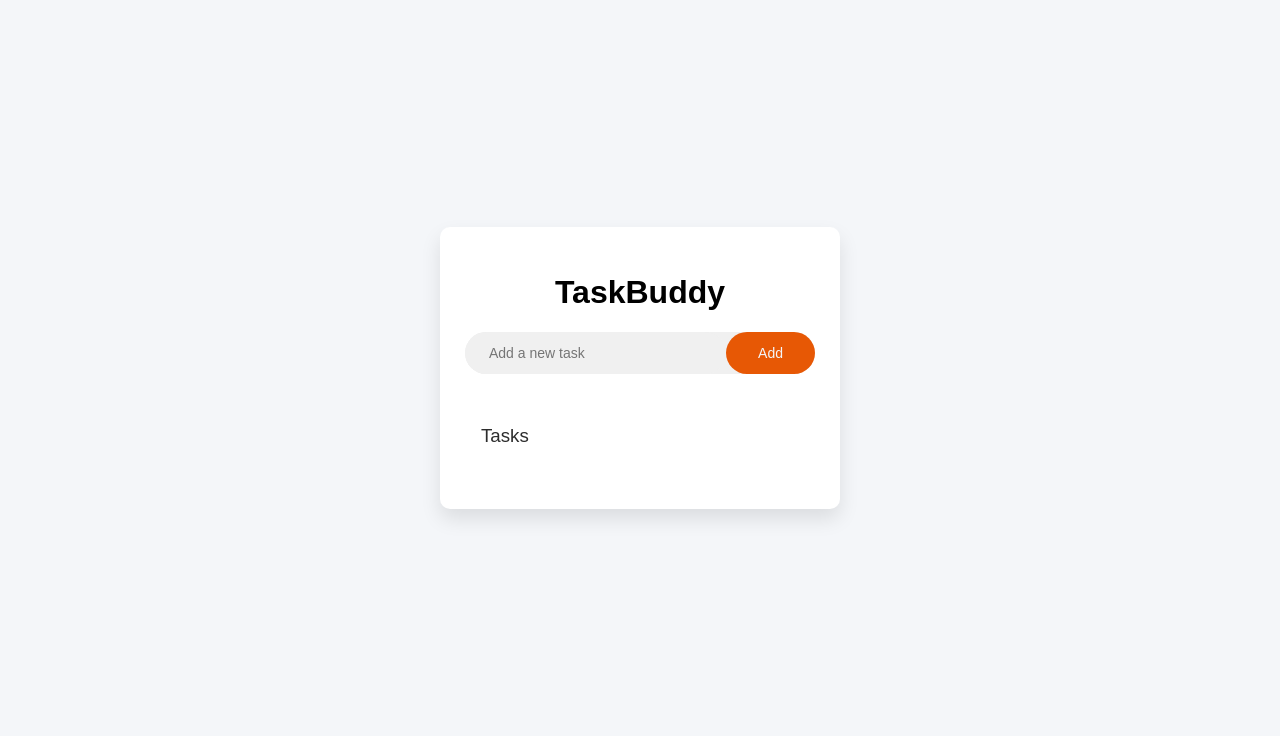
Repository: yogeshnandwani/taskbuddy-todo
Page: index.html
An editor plug-in stored every save of this project. The page is shown before and after the next save, followed by the edit.
The browser window is 1280 px wide. The pictures show the whole page.

Above is the page before, as saved 2026-03-16 19:39:06.

After the next save:
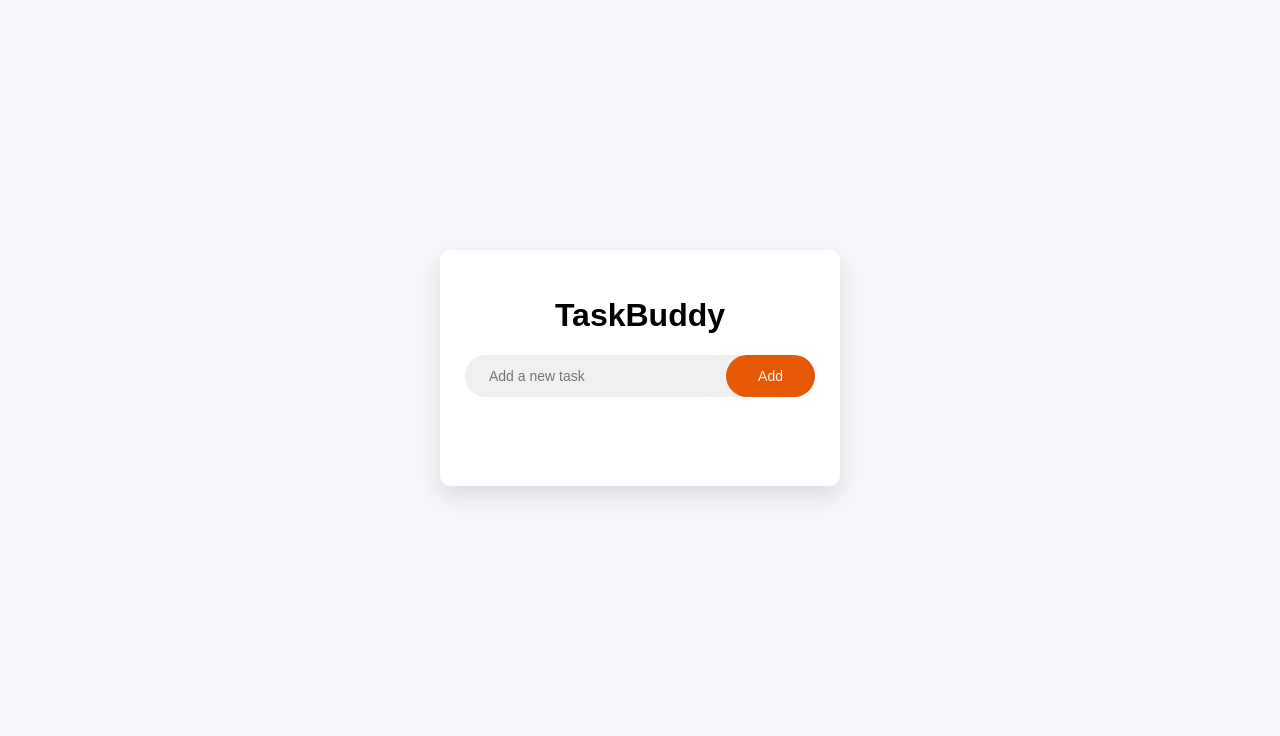
Saved 23 min 17 s later.
--- a/js/script.js
+++ b/js/script.js
@@ -1,6 +1,7 @@
 const input = document.getElementById("taskInput")
 const addBtn = document.getElementById("addBtn")
 const list = document.getElementById("taskList")
+let tasks = JSON.parse(localStorage.getItem("tasks")) || []
 
 addBtn.addEventListener("click", addTask)
 
@@ -9,24 +10,47 @@ function addTask() {
 
     if (taskText === "") return
 
-    const li = document.createElement("li")
+    tasks.push(taskText)
 
-    li.innerHTML = `
-        <span>${taskText}</span>
-        <button class="delete">
-            <img src="images/delete.png" alt="Delete icon">
-        </button>
-    `
-
-    list.appendChild(li)
+    saveTasks()
 
     input.value = ""
 }
 
-list.addEventListener("click", function (e) {
+function saveTasks(){
+    localStorage.setItem("tasks", JSON.stringify(tasks))
+    renderTasks()
+}
+
+function renderTasks(){
+    list.innerHTML = ""
+
+    tasks.forEach(task => {
+
+        const li = document.createElement("li")
+
+        li.innerHTML = `
+        <span>${task}</span>
+        <button class="delete">
+            <img src="images/delete.png" alt="Delete icon">
+        </button>
+        `
+
+        list.appendChild(li)
+    })
+}
+
+list.addEventListener("click", function(e){
     const deleteBtn = e.target.closest(".delete")
 
-    if (deleteBtn) {
-        deleteBtn.parentElement.remove()
+    if(deleteBtn){
+
+        const index = [...list.children].indexOf(deleteBtn.parentElement)
+
+        tasks.splice(index,1)
+
+        saveTasks()
     }
 })
+
+renderTasks()
